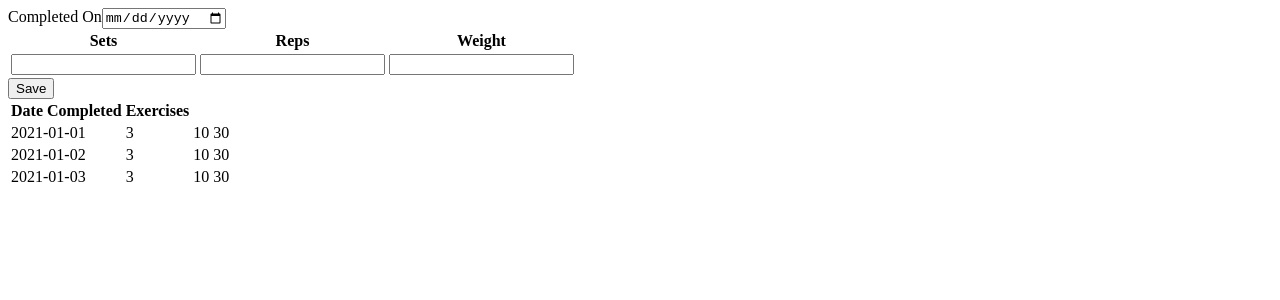
Repository: Kayla-amr/Exercise-Tracking-App
Page: / (app in exerciseTracking/)
These files come from the project's save history. The page is drawn as it stood at one moment and after the next save; the edit follows.
The browser window is 1280 px wide. The pictures show the whole page.
The project was rebuilt for these pictures with package versions that can differ from the ones it lists, and the page was loaded fresh each time. Also part of the build but not shown: exerciseTracking/vite.config.ts, exerciseTracking/src/assets/main.css.

Above is the page before, as saved 2023-03-17 13:33:37.

### exerciseTracking/src/main.ts
import { createApp } from 'vue'
import App from './App.vue'

import './assets/main.css'

const app = createApp(App)

app.mount('#app')

### exerciseTracking/src/App.vue
<script setup>
import trackingForm from './components/trackingForm.vue'
import trackingHistory from './components/trackingHistory.vue'
</script>

<template>
    <div id="app">
        <tracking-form />
        <tracking-history :exercises="exercises" />

    </div>
</template>

<script>
export default{
    name: 'app',
    components: {
        trackingForm,
        trackingHistory
    },
    data() {
        return {
            exercises: [
              {
                id: 1,
                date: '2021-01-01',
                sets: '3',
                reps: '10',
                weight: '30'
              },
              {
                id: 2,
                date: '2021-01-02',
                sets: '3',
                reps: '10',
                weight: '30'
              },
              {
                id: 3,
                date: '2021-01-03',
                sets: '3',
                reps: '10',
                weight: '30'
              }
            ]
        }
    }
}
</script>

### exerciseTracking/src/components/trackingForm.vue
<template>
    <div id="tracking-form">
        <form @submit.prevent="handleSubmit">
            <label for="date">Completed On</label>
            <input type="date" v-model="date">
            <table>
                <thead>
                    <tr>
                        <th>Sets</th>
                        <th>Reps</th>
                        <th>Weight</th>
                    </tr>
                </thead>
                <tbody>
                    <tr>
                        <td><input type="text" v-model="sets"></td>
                        <td><input type="number" v-model="reps"></td>
                        <td><input type="number" v-model="weight"></td>
                    </tr>
                </tbody>
            </table>
            <button type="submit">Save</button>
        </form>
    </div>
</template>


<script>
export default {
    name: 'tracking-form',
    data() {
        return {
            exercises: {
                date: '',
                sets: '',
                reps: '',
                weight: ''
            }
        }
    }
}
</script>

### exerciseTracking/src/components/trackingHistory.vue
<template>
    <div id="tracking-history">
        <table>
            <thead>
                <tr>
                    <th>Date Completed</th>
                    <th>Exercises</th>
                </tr>
            </thead>
            <tbody>
                <tr v-for="exercise in exercises" :key="exercise.id">
                    <td>{{ exercise.date }}</td>
                    <td>{{ exercise.sets }}</td>
                    <td>{{ exercise.reps }}</td>
                    <td>{{ exercise.weight }}</td>
                </tr>
            </tbody>
        </table>
    </div>
</template>

<script>
export default{
    name: 'tracking-history',
    props: {
        exercises: {
            type: Array
        }
    }
}
</script>

Loaded but not shown: exerciseTracking/index.html (common file)

After the next save:
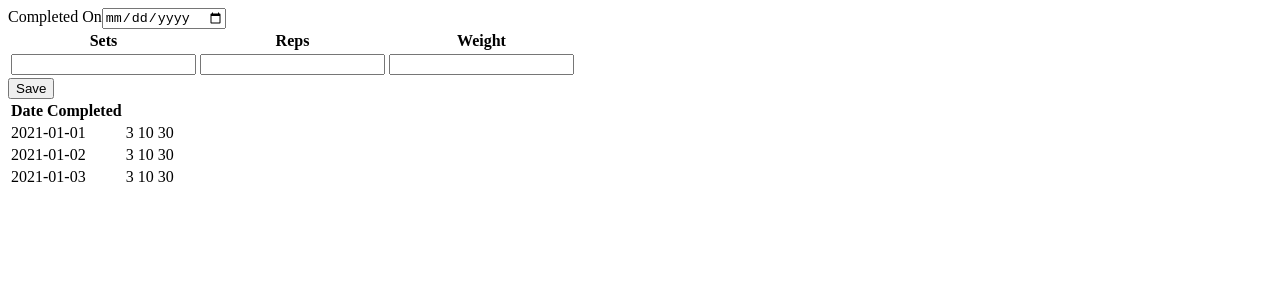
Saved 18 s later.
--- a/exerciseTracking/src/components/trackingHistory.vue
+++ b/exerciseTracking/src/components/trackingHistory.vue
@@ -4,7 +4,7 @@
             <thead>
                 <tr>
                     <th>Date Completed</th>
-                    <th>Exercises</th>
+
                 </tr>
             </thead>
             <tbody>
